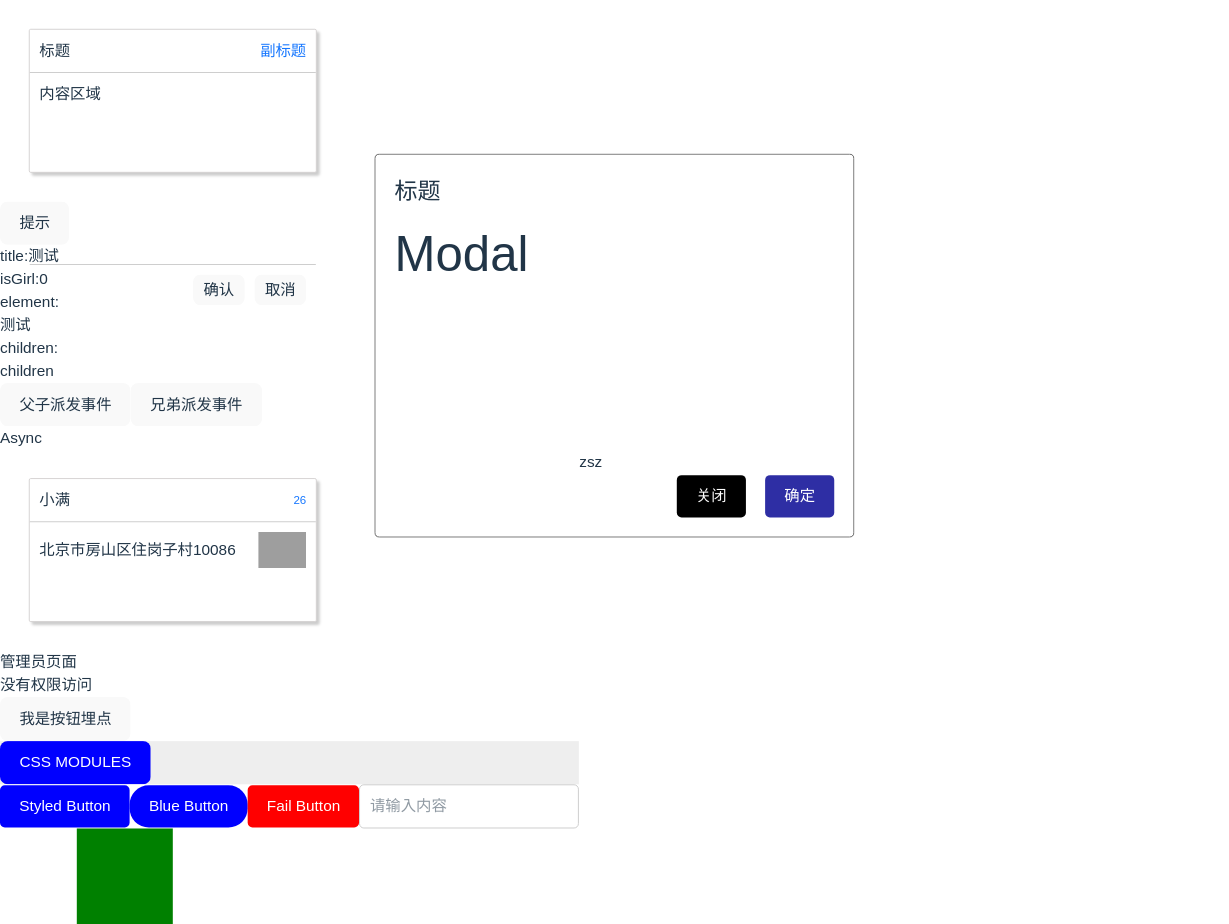
Repository: EDMZJJJ/learn-react
Page: /
The author's editor kept a copy of each file at every save. The page is drawn from the files as they stood at one save, then again after the next save.
The browser window is 1280 px wide. The pictures show the whole page, at 96% of full size.
Pictures or frames that could not be fetched are drawn as grey boxes. The project was rebuilt for these pictures with package versions that can differ from the ones it lists, and the page was loaded fresh each time. Also part of the build but not shown: vite.config.ts, src/components/Skeleton/index.css, src/components/Message/index.css, src/components/Message/index.tsx.

Above is the page before, as saved 2026-03-11 16:38:31.

After the next save:
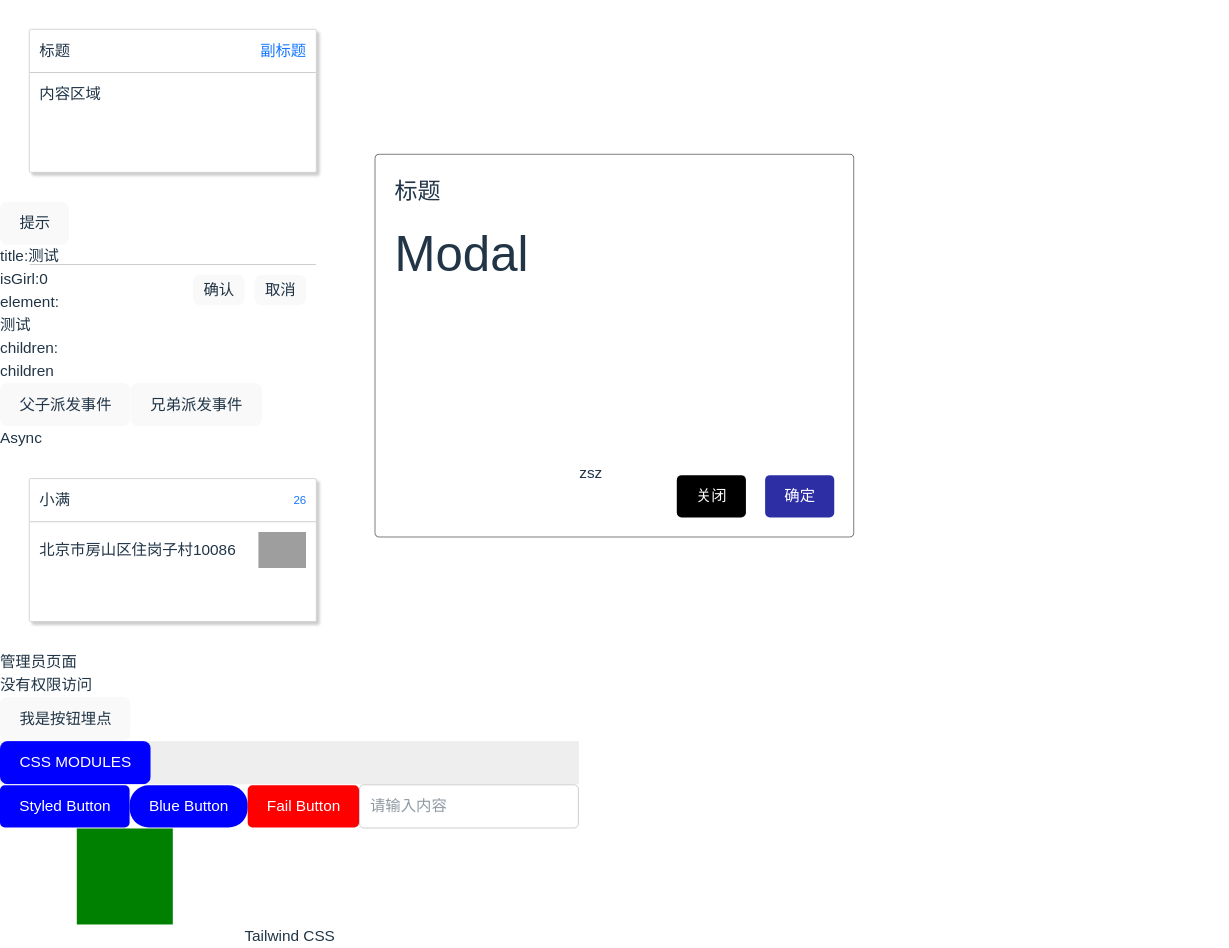
Saved 35 s later.
--- a/src/App.tsx
+++ b/src/App.tsx
@@ -193,7 +193,7 @@ const App: React.FC = () =>  {
       <AnimatedDiv />
 
       {/* tailwindcss */}
-      <section className="text-"></section>
+      <section className="text-center">Tailwind CSS</section>
     </>
   )
 }
